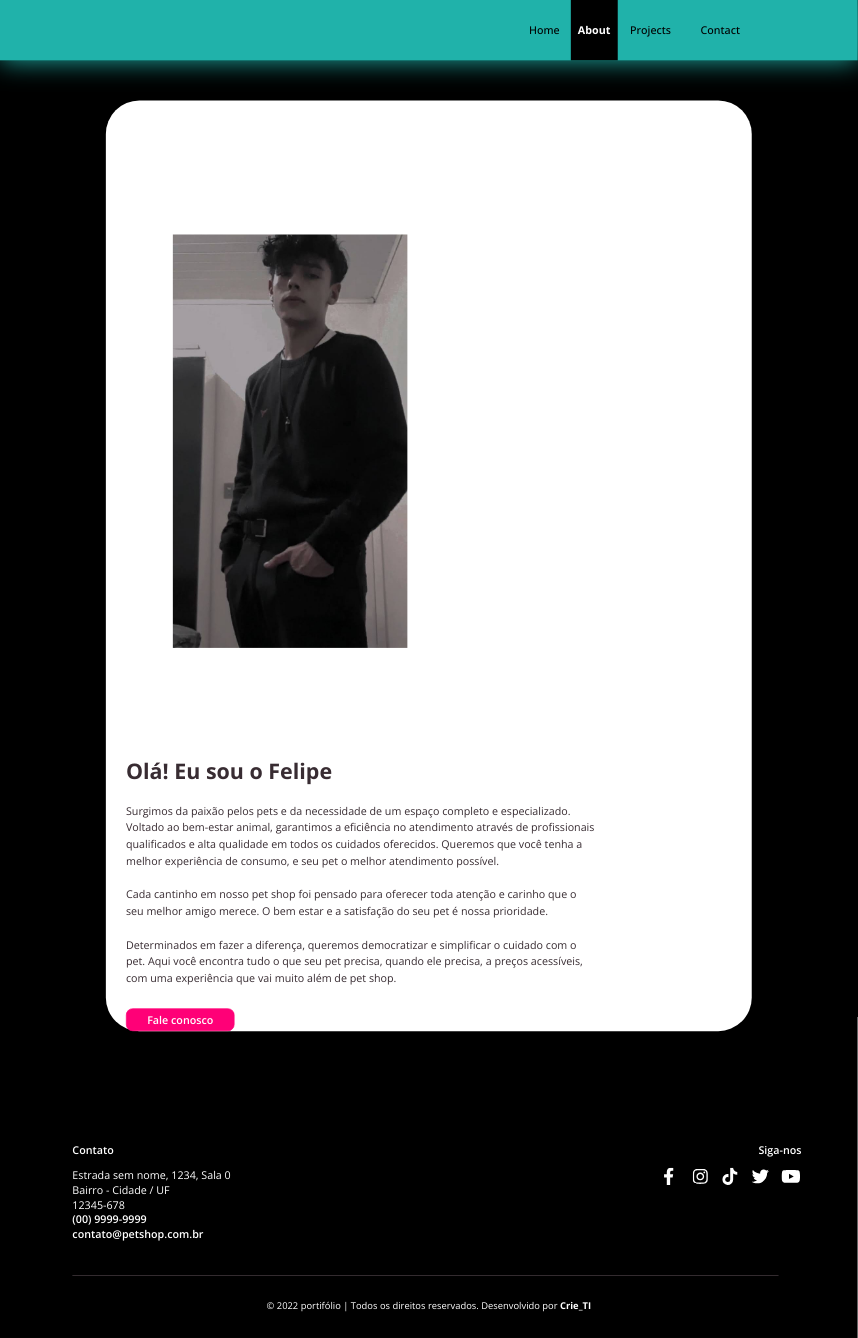
Repository: Fel1pit0/CRIE_TI
Page: Projetos/Portifólio/about.html
An editor plug-in stored every save of this project. The page is shown before and after the next save, followed by the edit.
The browser window is 1280 px wide. The pictures show the whole page, at 67% of full size.

Above is the page before, as saved 2022-05-25 14:52:20.

After the next save:
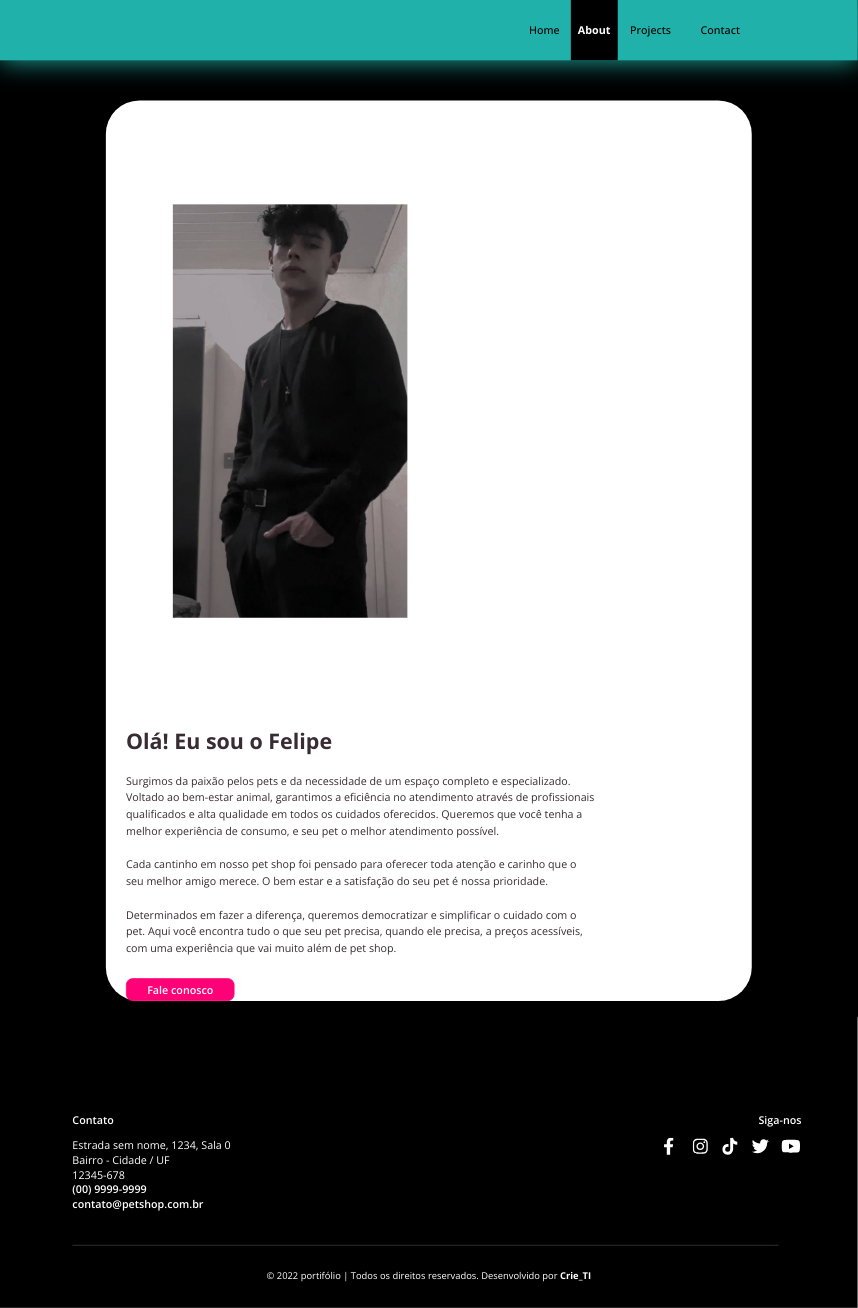
Saved 4 s later.
--- a/Projetos/Portifólio/styles.css
+++ b/Projetos/Portifólio/styles.css
@@ -299,7 +299,7 @@ footer{
   width: 350px;
   height: auto;
   margin: 150px 0 0 100px;
-  padding: 50px 0 0 0px;
+  padding: 5px 0 0 0px;
 }
 .desc-about{
   display: inline-block;
